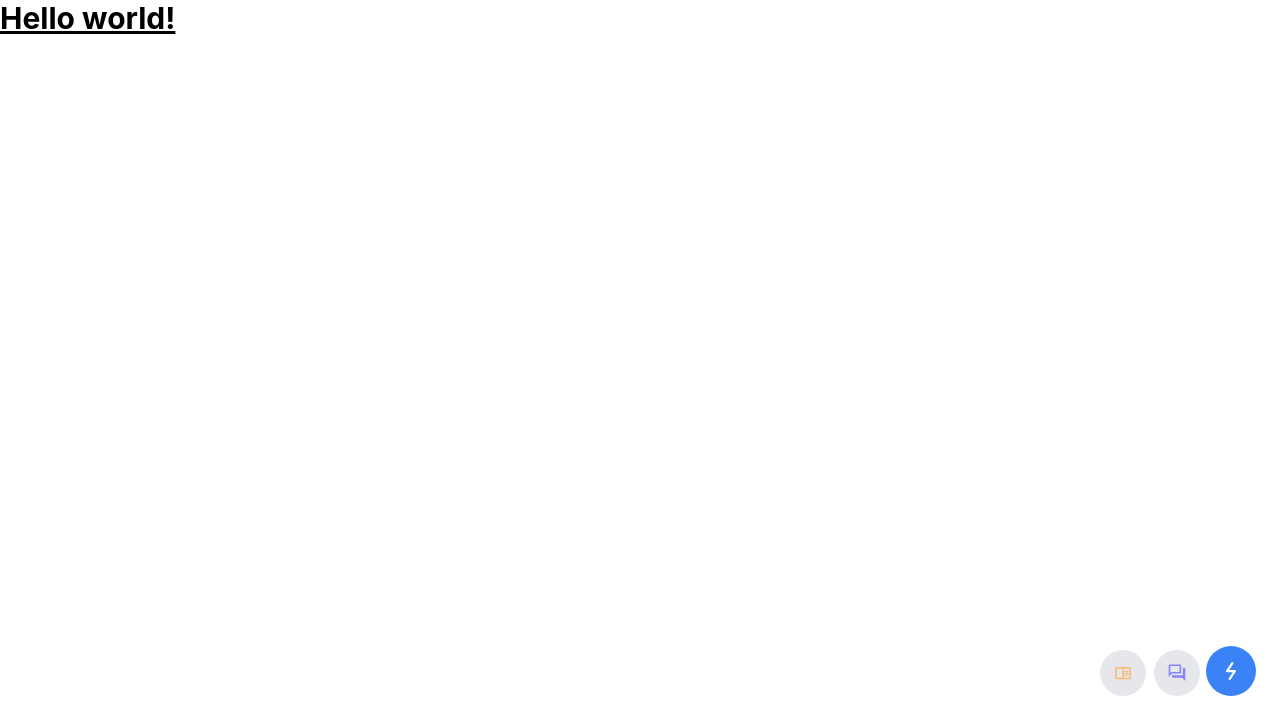
Repository: farrelmuhammad/quick-chat-task
Page: /, after clicking the first element matching `button.bg-blue-500`
The author's editor kept a copy of each file at every save. The page is drawn from the files as they stood at one save, then again after the next save.
The browser window is 1280 px wide. The pictures show the whole page.
The project was rebuilt for these pictures with package versions that can differ from the ones it lists, and the page was loaded fresh each time. Also part of the build but not shown: src/App.css.

Above is the page before, as saved 2023-09-18 10:44:57.

### src/App.js
import logo from './logo.svg';
import './App.css';
import { useState } from 'react';

function App() {
  const [showAdditionalButtons, setShowAdditionalButtons] = useState(false);

  const toggleAdditionalButtons = () => {
    setShowAdditionalButtons(!showAdditionalButtons);
  };
  return (
    <div>
      <h1 className="text-3xl font-bold underline">Hello world!</h1>
      <div className='fixed bottom-6 right-6'>
        <button className="bg-blue-500 text-white cursor-pointer transition hover:bg-blue-700 p-4 rounded-full" onClick={toggleAdditionalButtons}>
          <svg width="18" height="18" viewBox="0 0 18 32" fill="none" xmlns="http://www.w3.org/2000/svg">
            <path fill-rule="evenodd" clip-rule="evenodd" d="M12.4427 0.335929C13.3618 0.948634 13.6101 2.19037 12.9974 3.10943L5.73704 14H16C16.7376 14 17.4153 14.406 17.7634 15.0563C18.1114 15.7066 18.0732 16.4957 17.6641 17.1094L8.33077 31.1094C7.71807 32.0285 6.47633 32.2768 5.55727 31.6641C4.63821 31.0514 4.38986 29.8097 5.00257 28.8906L12.263 18H2C1.26241 18 0.584692 17.5941 0.236654 16.9437C-0.111384 16.2934 -0.0732391 15.5043 0.335902 14.8906L9.66924 0.890629C10.2819 -0.0284284 11.5237 -0.276776 12.4427 0.335929Z" fill="white" />
          </svg>
        </button>
      </div>


      {showAdditionalButtons && (
        <div className="fixed bottom-6 right-20 space-x-2">
          <button className="bg-gray-200 text-white cursor-pointer transition hover:bg-blue-700 p-3.5 rounded-full">
            <svg width="18" height="18" viewBox="0 0 28 28" fill="none" xmlns="http://www.w3.org/2000/svg">
              <path fill-rule="evenodd" clip-rule="evenodd" d="M4.11114 4.66669H24.1111C25.3334 4.66669 26.3334 5.66669 26.3334 6.88891V21.3334C26.3334 22.5556 25.3334 23.5556 24.1111 23.5556H4.11114C2.88892 23.5556 1.88892 22.5556 1.88892 21.3334V6.88891C1.88892 5.66669 2.88892 4.66669 4.11114 4.66669ZM4.11114 6.88891V21.3334H13V6.88891H4.11114ZM24.1111 21.3334H15.2222V6.88891H24.1111V21.3334ZM23 10.7778H16.3334V12.4445H23V10.7778ZM16.3334 13.5556H23V15.2222H16.3334V13.5556ZM23 16.3334H16.3334V18H23V16.3334Z" fill="#F8B76B" />
            </svg>
          </button>
          <button className="bg-gray-200 text-white cursor-pointer transition hover:bg-blue-700 p-3.5 rounded-full">
            <svg width="18" height="18" viewBox="0 0 24 23" fill="none" xmlns="http://www.w3.org/2000/svg">
              <path fill-rule="evenodd" clip-rule="evenodd" d="M16.4443 0.110657H1.9999C1.38879 0.110657 0.888794 0.610657 0.888794 1.22177V16.7773L5.33324 12.3329H16.4443C17.0555 12.3329 17.5555 11.8329 17.5555 11.2218V1.22177C17.5555 0.610657 17.0555 0.110657 16.4443 0.110657ZM15.3332 2.3328V10.1106H4.41103L3.75547 10.7661L3.11103 11.4106V2.3328H15.3332ZM19.7777 4.55512H21.9999C22.611 4.55512 23.111 5.05512 23.111 5.66623V22.3329L18.6666 17.8885H6.44435C5.83324 17.8885 5.33324 17.3885 5.33324 16.7773V14.5551H19.7777V4.55512Z" fill="#8885FF" />
            </svg>
          </button>
        </div>
      )}
    </div>
  );
}

export default App;

### tailwind.config.js
/** @type {import('tailwindcss').Config} */
module.exports = {
  content: [
    "./src/**/*.{js,jsx,ts,tsx}",
  ],
  theme: {
    extend: {
      inset: {
        '0': '0',
        auto: 'auto',
        '1/2': '50%',
      },
    },
  },
  plugins: [],
}

Loaded but not shown: public/index.html (common file); src/index.js (common file); src/index.css (common file); src/reportWebVitals.js (common file)

After the next save:
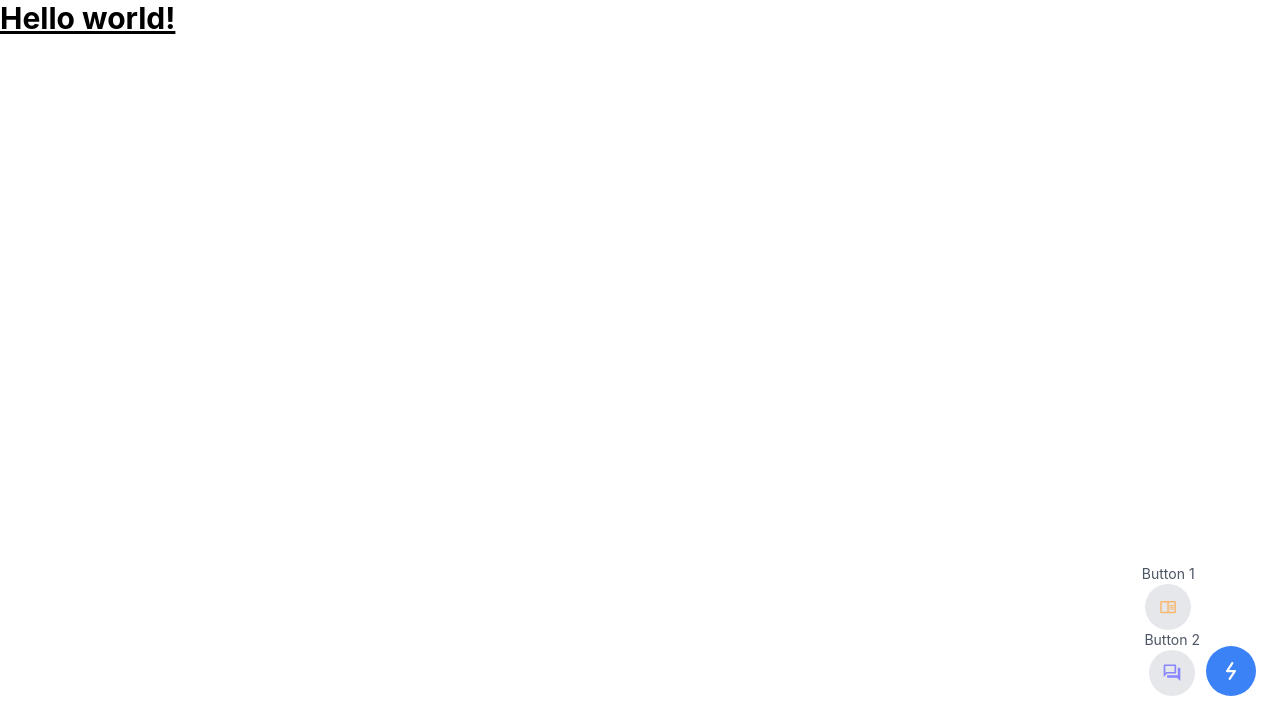
Saved 63 s later.
--- a/src/App.js
+++ b/src/App.js
@@ -22,17 +22,25 @@ function App() {
 
       {showAdditionalButtons && (
         <div className="fixed bottom-6 right-20 space-x-2">
-          <button className="bg-gray-200 text-white cursor-pointer transition hover:bg-blue-700 p-3.5 rounded-full">
-            <svg width="18" height="18" viewBox="0 0 28 28" fill="none" xmlns="http://www.w3.org/2000/svg">
-              <path fill-rule="evenodd" clip-rule="evenodd" d="M4.11114 4.66669H24.1111C25.3334 4.66669 26.3334 5.66669 26.3334 6.88891V21.3334C26.3334 22.5556 25.3334 23.5556 24.1111 23.5556H4.11114C2.88892 23.5556 1.88892 22.5556 1.88892 21.3334V6.88891C1.88892 5.66669 2.88892 4.66669 4.11114 4.66669ZM4.11114 6.88891V21.3334H13V6.88891H4.11114ZM24.1111 21.3334H15.2222V6.88891H24.1111V21.3334ZM23 10.7778H16.3334V12.4445H23V10.7778ZM16.3334 13.5556H23V15.2222H16.3334V13.5556ZM23 16.3334H16.3334V18H23V16.3334Z" fill="#F8B76B" />
-            </svg>
-          </button>
-          <button className="bg-gray-200 text-white cursor-pointer transition hover:bg-blue-700 p-3.5 rounded-full">
-            <svg width="18" height="18" viewBox="0 0 24 23" fill="none" xmlns="http://www.w3.org/2000/svg">
-              <path fill-rule="evenodd" clip-rule="evenodd" d="M16.4443 0.110657H1.9999C1.38879 0.110657 0.888794 0.610657 0.888794 1.22177V16.7773L5.33324 12.3329H16.4443C17.0555 12.3329 17.5555 11.8329 17.5555 11.2218V1.22177C17.5555 0.610657 17.0555 0.110657 16.4443 0.110657ZM15.3332 2.3328V10.1106H4.41103L3.75547 10.7661L3.11103 11.4106V2.3328H15.3332ZM19.7777 4.55512H21.9999C22.611 4.55512 23.111 5.05512 23.111 5.66623V22.3329L18.6666 17.8885H6.44435C5.83324 17.8885 5.33324 17.3885 5.33324 16.7773V14.5551H19.7777V4.55512Z" fill="#8885FF" />
-            </svg>
-          </button>
+          <div className="text-center">
+            <p className="text-gray-600 text-sm">Button 1</p>
+            <button className="bg-gray-200 text-white cursor-pointer transition hover:bg-blue-700 p-3.5 rounded-full">
+              <svg width="18" height="18" viewBox="0 0 28 28" fill="none" xmlns="http://www.w3.org/2000/svg">
+                <path fill-rule="evenodd" clip-rule="evenodd" d="M4.11114 4.66669H24.1111C25.3334 4.66669 26.3334 5.66669 26.3334 6.88891V21.3334C26.3334 22.5556 25.3334 23.5556 24.1111 23.5556H4.11114C2.88892 23.5556 1.88892 22.5556 1.88892 21.3334V6.88891C1.88892 5.66669 2.88892 4.66669 4.11114 4.66669ZM4.11114 6.88891V21.3334H13V6.88891H4.11114ZM24.1111 21.3334H15.2222V6.88891H24.1111V21.3334ZM23 10.7778H16.3334V12.4445H23V10.7778ZM16.3334 13.5556H23V15.2222H16.3334V13.5556ZM23 16.3334H16.3334V18H23V16.3334Z" fill="#F8B76B" />
+              </svg>
+            </button>
+          </div>
+
+          <div className="text-center">
+            <p className="text-gray-600 text-sm">Button 2</p>
+            <button className="bg-gray-200 text-white cursor-pointer transition hover:bg-blue-700 p-3.5 rounded-full">
+              <svg width="18" height="18" viewBox="0 0 24 23" fill="none" xmlns="http://www.w3.org/2000/svg">
+                <path fill-rule="evenodd" clip-rule="evenodd" d="M16.4443 0.110657H1.9999C1.38879 0.110657 0.888794 0.610657 0.888794 1.22177V16.7773L5.33324 12.3329H16.4443C17.0555 12.3329 17.5555 11.8329 17.5555 11.2218V1.22177C17.5555 0.610657 17.0555 0.110657 16.4443 0.110657ZM15.3332 2.3328V10.1106H4.41103L3.75547 10.7661L3.11103 11.4106V2.3328H15.3332ZM19.7777 4.55512H21.9999C22.611 4.55512 23.111 5.05512 23.111 5.66623V22.3329L18.6666 17.8885H6.44435C5.83324 17.8885 5.33324 17.3885 5.33324 16.7773V14.5551H19.7777V4.55512Z" fill="#8885FF" />
+              </svg>
+            </button>
+          </div>
         </div>
+
       )}
     </div>
   );
